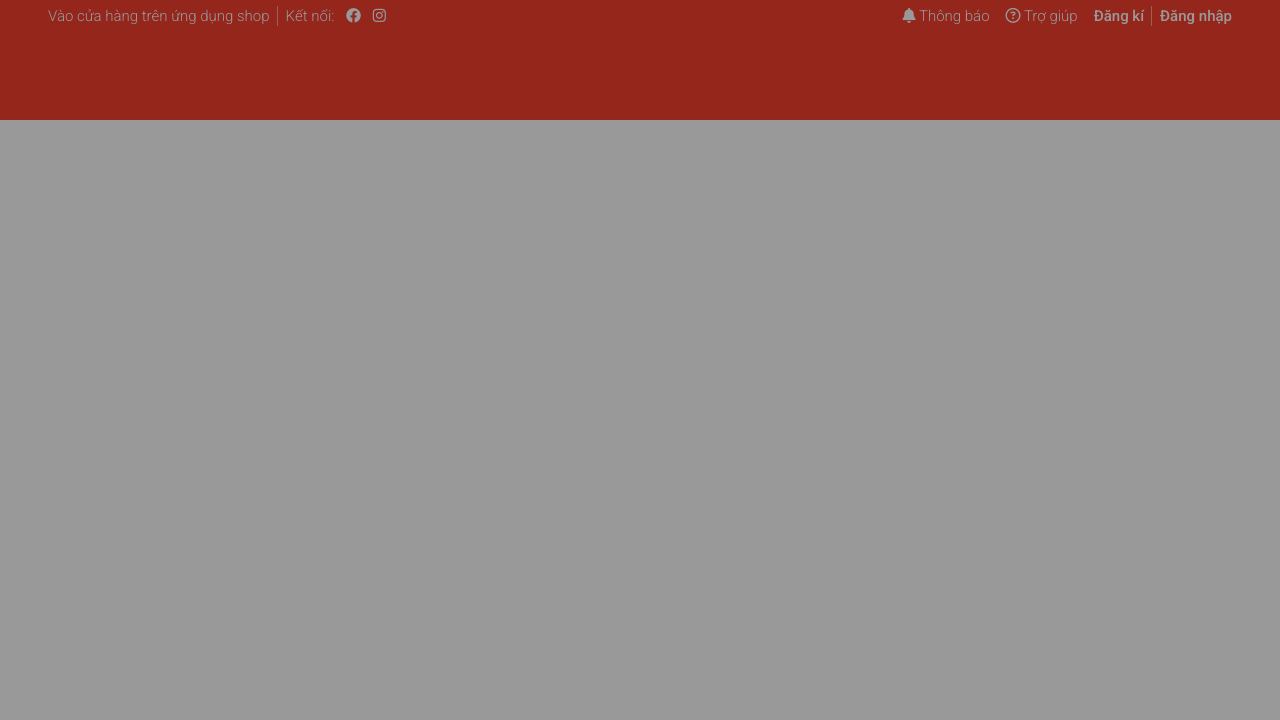
Repository: nguyenhoang2002062929/shoppee
Page: index.html
An editor plug-in stored every save of this project. The page is shown before and after the next save, followed by the edit.
The browser window is 1280 px wide. The pictures show the whole page.

Above is the page before, as saved 2023-06-19 22:46:05.

### index.html
<!DOCTYPE html>
<html lang="en">
<head>
    <meta charset="UTF-8">
    <meta name="viewport" content="width=device-width, initial-scale=1.0">
    <title>Document</title>

    <link rel="stylesheet" href="./assets/css/base.css">
    <link rel="stylesheet" href="./assets/css/main.css">
    <link href="https://fonts.googleapis.com/css2?family=Roboto:wght@100;300;400;500;700&display=swap" rel="stylesheet">
    <link rel="stylesheet" href="https://cdnjs.cloudflare.com/ajax/libs/font-awesome/6.4.0/css/all.min.css" integrity="sha512-iecdLmaskl7CVkqkXNQ/ZH/XLlvWZOJyj7Yy7tcenmpD1ypASozpmT/E0iPtmFIB46ZmdtAc9eNBvH0H/ZpiBw==" crossorigin="anonymous" referrerpolicy="no-referrer" />

</head>
<body>
    <div class="app">
        <!-- header -->
        <div class="header">
            <div class="gird">

                <nav class="header__nav">
                    <ul class="header__nav-list">
                        <li class="header__nav-item header__nav-item--separate header__nav-item--hover-qr ">Vào cửa hàng trên ứng dụng shop
                            <!-- header qr code -->
                            <div class="header__qr-code">
                                <img src="./assets/img/qr_code.png" alt="" class="header__qr-code-img">
                                <div class="header__qr-code-app">
                                    <img src="./assets/img/googplay.png" alt="" class="header__app">
                                    <img src="./assets/img/appStore.png" alt="" class="header__app">
                                </div>
                            </div>
                        </li>
                        <li class="header__nav-item">
                            <span>Kết nối:</span>
                            <a href="" class="header_nav-item-icon"> <i class="fab fa-facebook"></i></a>
                            <a href="" class="header_nav-item-icon"> <i class="fab fa-instagram"></i></a>
                        </li>
                    </ul>

                    <ul class="header__nav-list">
                        <li class="header__nav-item header__nav-item--notify "><a class="header__nav-item-link" href=""><i class="fas fa-bell"></i> Thông báo</a>
                           <!-- notify -->
                           <div class="header__notify">
                                <div class="header__notify-header">
                                    <h3 class="notify__title">Thông Báo Mới Nhận</h3>
                                </div>
                                <ul class="notify__list">
                                    <li class="notify__list-item notify__list-item--view">
                                        <img src="https://cf.shopee.vn/file/d52c8e2d6975e3175edda97f317e21cb_tn" alt="" class="notify__list-item-img">
                                        <div class="notify__list-item-text">
                                            <p class="notify__list-item-text-big">Nhanh tay săn ngay mỹ phẩm F8 vào ngày 8/3 để nhận nhiều ưu đãi</p>
                                            <p class="notify__list-item-text-small">Thương hiệu mỹ phẩm đến từ F8, sáng mịn da tự tin ra đường bảo đảm trai bu như kiến hiện đang giảm giá 99% chỉ còn 1k</p>
                                        </div>
                                    </li>
                                    <li class="notify__list-item">
                                        <img src="https://cf.shopee.vn/file/d52c8e2d6975e3175edda97f317e21cb_tn" alt="" class="notify__list-item-img">
                                        <div class="notify__list-item-text">
                                            <p class="notify__list-item-text-big">Nhanh tay săn ngay mỹ phẩm F8 vào ngày 8/3 để nhận nhiều ưu đãi</p>
                                            <p class="notify__list-item-text-small">Thương hiệu mỹ phẩm đến từ F8, sáng mịn da tự tin ra đường bảo đảm trai bu như kiến hiện đang giảm giá 99% chỉ còn 1k</p>
                                        </div>
                                    </li>
                                    <li class="notify__list-item">
                                        <img src="https://cf.shopee.vn/file/d52c8e2d6975e3175edda97f317e21cb_tn" alt="" class="notify__list-item-img">
                                        <div class="notify__list-item-text">
                                            <p class="notify__list-item-text-big">Nhanh tay săn ngay mỹ phẩm F8 vào ngày 8/3 để nhận nhiều ưu đãi</p>
                                            <p class="notify__list-item-text-small">Thương hiệu mỹ phẩm đến từ F8, sáng mịn da tự tin ra đường bảo đảm trai bu như kiến hiện đang giảm giá 99% chỉ còn 1k</p>
                                        </div>
                                    </li>
                                    <li class="notify__list-item notify__list-item--view">
                                        <img src="https://cf.shopee.vn/file/d52c8e2d6975e3175edda97f317e21cb_tn" alt="" class="notify__list-item-img">
                                        <div class="notify__list-item-text">
                                            <p class="notify__list-item-text-big">Nhanh tay săn ngay mỹ phẩm F8 vào ngày 8/3 để nhận nhiều ưu đãi</p>
                                            <p class="notify__list-item-text-small">Thương hiệu mỹ phẩm đến từ F8, sáng mịn da tự tin ra đường bảo đảm trai bu như kiến hiện đang giảm giá 99% chỉ còn 1k</p>
                                        </div>
                                    </li>
                                </ul>
                                <div class="header__notify-footer">Xem tất cả</div>
                            </div>
                        </li>
                        <li class="header__nav-item"><a class="header__nav-item-link" href=""><i class="far fa-question-circle"></i> Trợ giúp</a></li>
                        <li class="header__nav-item header__nav-item--strong header__nav-item--separate">Đăng kí</li>
                        <li class="header__nav-item header__nav-item--strong">Đăng nhập</li>
                    </ul>
                </nav>
            </div>
        </div>

        <!-- container -->
        <div class="container">

        </div>

        <!-- footer -->
        <div class="footer">

        </div>
    </div>

    <!-- modal layout -->
    <div class="modal">
        <div class="modal__overlay"></div>
        <div class="modal__body">
            <div class="modal__inner">
                <!-- Authen form -->
                <div class="auth-form">

                </div>
            </div>
        </div>
    </div>
</body>
</html>

### assets/css/base.css
:root{
    --white-color: #fff;
    --black-color: #000;
    --text-color: #333;
    --color-main: #f63f2e;
}
*{
    box-sizing: inherit;
    margin: 0;
    padding: 0;
}
html{
    font-size: 62.5%;
    line-height: 1.6rem;
    font-family: 'Roboto', sans-serif;
    box-sizing: border-box;
}
.gird{
    width: 1200px;
    max-width: 1200px;
    margin: 0 auto;
}
.gird__full-width{
    width: 100%;
}
.gird__row{
    display: flex;
    flex-wrap: wrap;
}

### assets/css/main.css

.header{
    width: 100%;
    height: 120px;
    background-color: #f63f2e;
}
.header__nav{
    display: flex;
    justify-content: space-between;

}
.header__nav-list{
    display: flex;
}
.header__nav-item{
    position: relative;
    display: block;
    font-size: 15px;
    color:  var(--white-color);
    text-decoration: none;
    list-style-type: none;
    font-weight: 300;
    margin: 0px 8px;
    cursor: pointer;
    padding: 8px 0;
}
.header_nav-item-icon{
    text-decoration: none;
    color: var(--white-color);
    margin-left: 8px;
}
.header__nav-item-link{
    text-decoration: none;
    color: var(--white-color);
}
.header__nav-item--strong{
    font-weight: 500;
}
.header__nav-item--separate::after{
    content: "";
    height: 20px;
    color: #fff;
    opacity: 0.5;
    border-left: 1px solid #fff;
    position: absolute;
    top: 50%;
    right: -8px;
    transform: translateY(-50%);
}
.header_nav-item-icon:hover,
.header__nav-item:hover,
.header__nav-item-link:hover{
    color: rgba(255, 255, 255, 0.7);
}
.header__nav-item span{
    cursor: default;
    color: var(--white-color);
}
/* <!-- header qr code --> */
.header__qr-code{
    position: absolute;
    width: 186px;
    background-color: var(--white-color);
    left: 0;
    padding: 8px;
    display: none;
    margin-top: 8px;
    animation: inFace ease 0.4s;
}
.header__qr-code-img{
    width: 100%;
}
.header__qr-code-app{
    display: flex;
    justify-content: space-evenly;
}
.header__app{
    height: 16px;
}
.header__nav-item--hover-qr:hover .header__qr-code{
    display: block;
}
@keyframes inFace{
    from{
        opacity: 0;
    }
    to{
        opacity: 1;
    }
}
/* notify */
.header__notify{
    position: absolute;
    width: 404px;
    background-color: #fff;
    right: 0;
    top: 100%;
    border: 1px solid #ddd;
    border-radius: 2px;
    display: none;
    transform-origin: 90% top;
    animation: headerNotify ease-in 0.2s;
    will-change: opacity , transform;
}
@keyframes headerNotify{
    from{
        opacity: 0;
        transform: scale(0);
    }
    to{
        opacity: 1;
        transform: scale(1);
    }
}
.header__notify::before{
    position: absolute;
    content: "";
    border-width: 20px 35px;
    border-style: solid;
    border-color: transparent transparent #fff transparent;
    top: -28px;
    right: 12px;
}
.header__notify-header{
    display: block;
}
.notify__title{
    color:#333;
    font-weight: 300;
    font-size: 1.5rem;
    padding: 8px;
}
.notify__list{
}
.notify__list-item{
    position: relative;
    display: flex;
    color: #000;
    padding-bottom: 8px;
    padding-top: 8px;
}
.notify__list-item-img{
    top: 0;
    width: 48px;
    align-self: flex-start;
    padding: 2px 8px;
    display: inline;
}
.notify__list-item-text-big{
    font-size: 16px;
    font-weight: 400;
    text-overflow: 2px;
    line-height: 1.5;
}
.notify__list-item-text-small{
    font-size: 12px;
    font-weight: 300;
    color: #333;
    margin-top: 4px;
    line-height: 1.4;
}

.header__notify-footer{
    color: #333;
    text-align: center;
    padding: 8px 0;
    display: block;
}
.notify__list-item--view{
    background-color: rgba(239, 187, 176, 0.2)
}
.header__nav-item--notify:hover .header__notify {
    display: block;
}
.notify__list-item--view:hover{
    background-color: #ddd;
}
/* modal-overlay */
.modal{
    position: absolute;
    top: 0;
    bottom: 0;
    right: 0;
    left: 0;
}
.modal__overlay{
    width: 100%;
    height: 100%;
    background-color:rgba(0, 0, 0, 0.4);
}

After the next save:
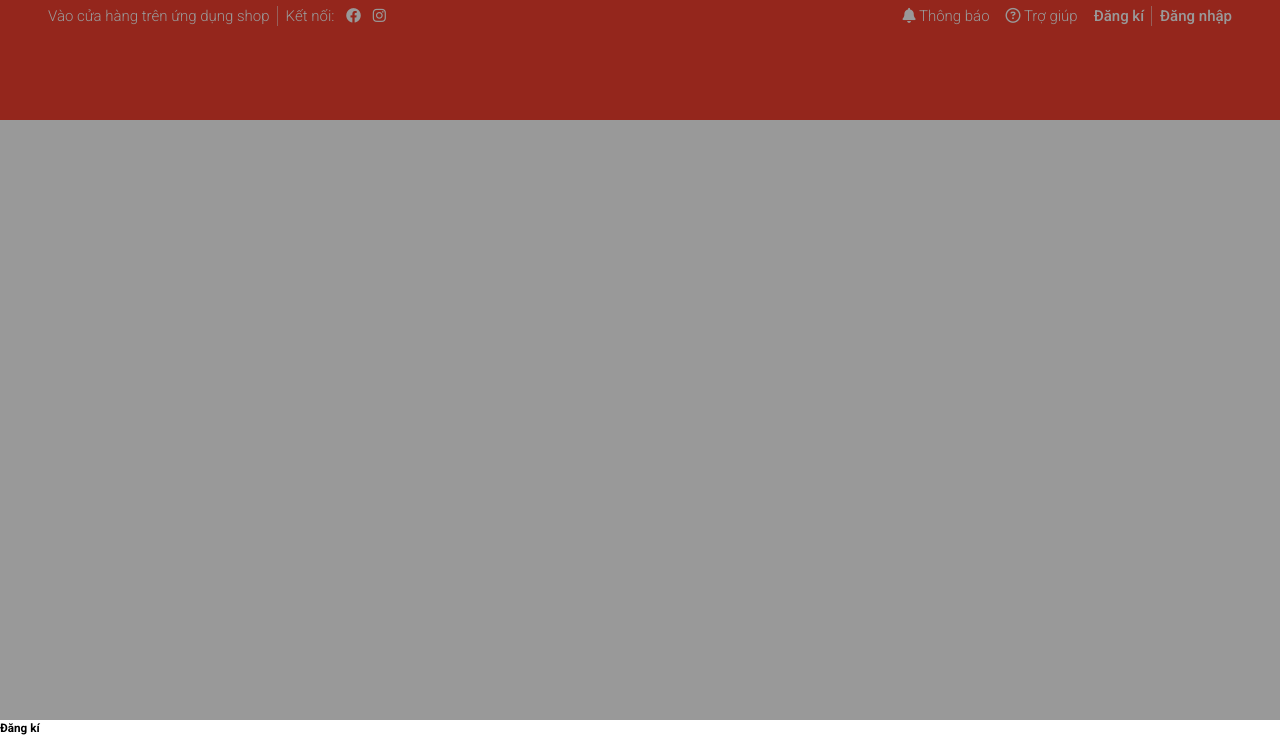
Saved 8 min 40 s later.
--- a/index.html
+++ b/index.html
@@ -102,7 +102,9 @@
             <div class="modal__inner">
                 <!-- Authen form -->
                 <div class="auth-form">
-
+                    <div class="auth-form__header">
+                        <h3 class="auth-form__heading">Đăng kí</h3>
+                    </div>
                 </div>
             </div>
         </div>
